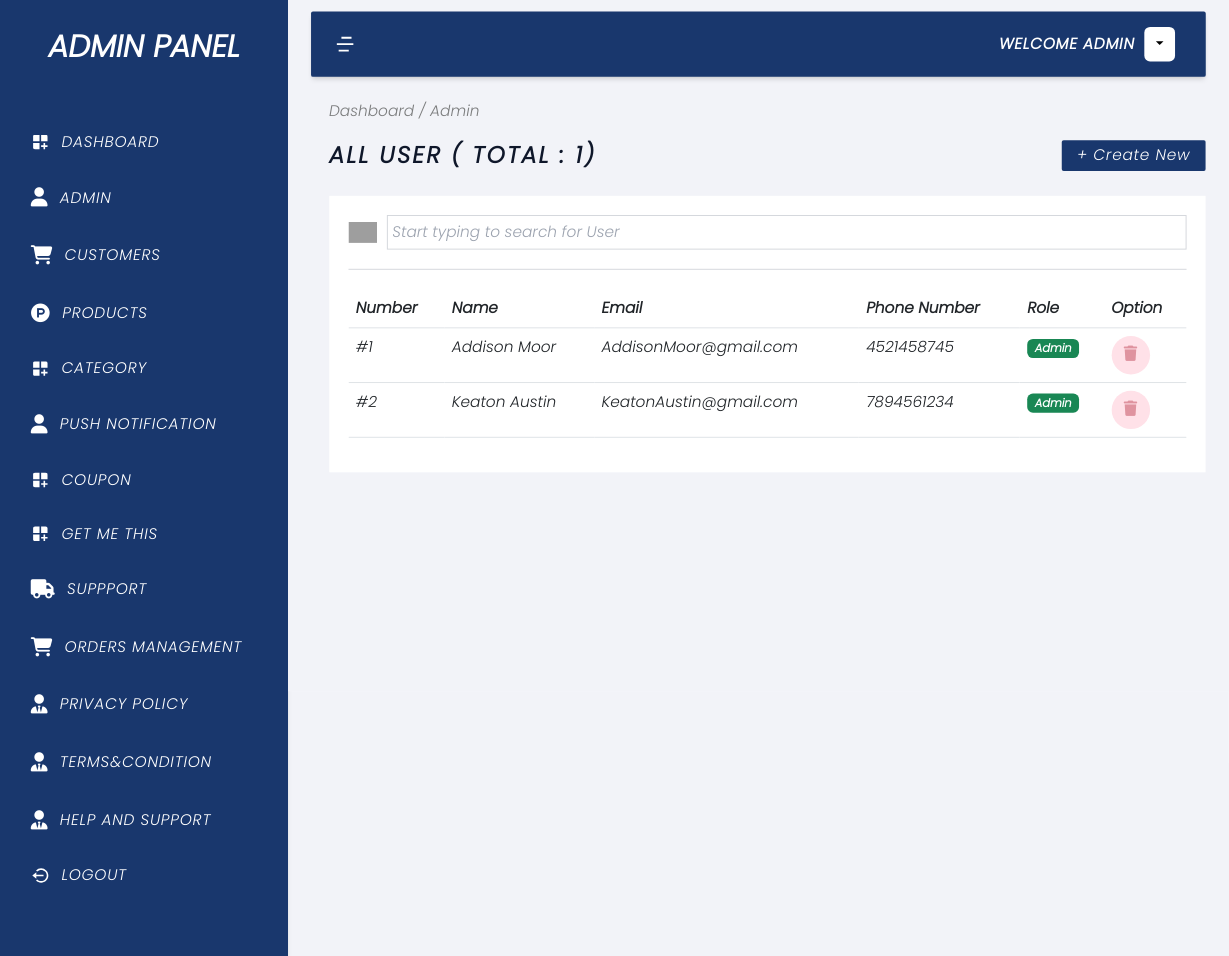
Repository: arpanmalik/project-khanna
Page: /Admin
An editor plug-in stored every save of this project. The page is shown before and after a run of saves, followed by the edit.
The browser window is 1280 px wide. The pictures show the whole page, at 96% of full size.
Pictures or frames that could not be fetched are drawn as grey boxes. Some web libraries are served in a nearby version. The project was rebuilt for these pictures with package versions that can differ from the ones it lists, and the page was loaded fresh each time. Also part of the build but not shown: src/E-CommerceAdmin/forms/Login.jsx, src/E-CommerceAdmin/pages/Dashboard.jsx, src/E-CommerceAdmin/pages/ECategory.js, src/E-CommerceAdmin/pages/EProduct.js, src/E-CommerceAdmin/pages/EVendorList.js, src/E-CommerceAdmin/pages/EAdminOrders.js, src/E-CommerceAdmin/pages/EAdminProduct.js, src/E-CommerceAdmin/pages/EAdminDelivery.js and 11 more. Imported but missing from the stored project, and not drawn on this page: src/E-CommerceAdmin/pages/Component/SpinnerComp, src/E-CommerceVendor/forms/EVendorLogin, src/E-CommerceVendor/pages/EVCategory, src/E-CommerceVendor/pages/EVCoupon, src/E-CommerceVendor/pages/EVDashboard, src/E-CommerceVendor/pages/EVOrders, src/E-CommerceVendor/pages/EVProduct, src/E-CommerceVendor/pages/EVSubCategory.

Above is the page before, as saved 2023-05-16 15:11:19.

### public/index.html
<!-- @format -->

<!DOCTYPE html>
<html lang="en">
  <head>
    <meta charset="utf-8" />
    <meta name="viewport" content="width=device-width, initial-scale=1" />
    <meta name="theme-color" content="#000000" />
    <meta
      name="description"
      content="Web site created using create-react-app"
    />
    <link rel="manifest" href="%PUBLIC_URL%/manifest.json" />
    <link rel="preconnect" href="https://fonts.googleapis.com">
<link rel="preconnect" href="https://fonts.gstatic.com" crossorigin>
<link href="https://fonts.googleapis.com/css2?family=Roboto+Mono:ital,wght@1,300&display=swap" rel="stylesheet">
    <title>Admin Panel</title>
  </head>
  <body>
    <noscript>You need to enable JavaScript to run this app.</noscript>
    <div id="root"></div>
    <script src="https://code.jquery.com/jquery-3.6.0.min.js"></script>
    <script src="https://kit.fontawesome.com/b533b351e4.js" crossorigin="anonymous"></script>
  </body>
</html>

### src/E-CommerceAdmin/pages/EAdmin.js
/** @format */

import axios from "axios";
import React, {  useState } from "react";
import { Alert, Badge, Button, Form, Modal, Table } from "react-bootstrap";
import { toast } from "react-toastify";
import HOC from "../layout/HOC";

const EAdmin = () => {
  const [modalShow, setModalShow] = React.useState(false);

  function MyVerticallyCenteredModal(props) {
    const [name, setName] = useState("");
    const [email, setEmail] = useState("");
    const [password, setPassword] = useState("");
    const [passwordConfirmation, setPasswordConfirmation] = useState("");
    const [phone, setPhone] = useState("");
    const [passwordError, setPasswordError] = useState(false);

    const postHandler = async (e) => {
      e.preventDefault();
      if (password === passwordConfirmation) {
        try {
          const { data } = await axios.post(
            "http://ec2-65-1-248-95.ap-south-1.compute.amazonaws.com:8886/api/auth/register",
            {
              name,
              username: name,
              email,
              password,
              passwordConfirmation,
              phone,
              role: "admin",
            }
          );
          toast.success(`${data?.user?.name} Created `);
        } catch (e) {
          console.log(e);
          toast.error(e.response.data.message);
        }
      } else {
        setPasswordError(true);
      }
    };

    return (
      <Modal
        {...props}
        size="lg"
        aria-labelledby="contained-modal-title-vcenter"
        centered
      >
        <Modal.Header closeButton>
          <Modal.Title id="contained-modal-title-vcenter">
            Add Admin
          </Modal.Title>
        </Modal.Header>
        <Modal.Body>
          {passwordError ? (
            <Alert variant="danger">Passwords do not Match</Alert>
          ) : (
            ""
          )}
          <Form onSubmit={postHandler}>
            <Form.Group className="mb-3">
              <Form.Label>Name</Form.Label>
              <Form.Control
                type="text"
                required
                onChange={(e) => setName(e.target.value)}
              />
            </Form.Group>
            <Form.Group className="mb-3">
              <Form.Label>Email Address</Form.Label>
              <Form.Control
                type="email"
                required
                onChange={(e) => setEmail(e.target.value)}
              />
            </Form.Group>
            <Form.Group className="mb-3">
              <Form.Label>Phone Number</Form.Label>
              <Form.Control
                type="tel"
                pattern="[0-9]{10}"
                required
                onChange={(e) => setPhone(e.target.value)}
              />
            </Form.Group>
            <Form.Group className="mb-3">
              <Form.Label>Password</Form.Label>
              <Form.Control
                type="password"
                required
                onChange={(e) => setPassword(e.target.value)}
                minLength={8}
              />
            </Form.Group>
            <Form.Group className="mb-3">
              <Form.Label>Confirm Password</Form.Label>
              <Form.Control
                type="password"
                required
                onChange={(e) => setPasswordConfirmation(e.target.value)}
                minLength={8}
              />
            </Form.Group>
            <Button variant="outline-success" type="submit">
              Submit
            </Button>
          </Form>
        </Modal.Body>
        <Modal.Footer></Modal.Footer>
      </Modal>
    );
  }

  const data = [
    {
      name : "Addison Moor" ,
      email : "AddisonMoor@gmail.com" ,
      phone : "4521458745" ,
      role  : "Admin"
    },
    {
      name : "Keaton Austin" ,
      email : "KeatonAustin@gmail.com" ,
      phone : "7894561234" ,
      role  : "user"
    },
  ]

  return (
    <>
      <MyVerticallyCenteredModal
        show={modalShow}
        onHide={() => setModalShow(false)}
      />

      <p className="headP">Dashboard / Admin</p>
      <div
        className="pb-4 sticky top-0  w-full flex justify-between items-center"
        style={{ width: "98%", marginLeft: "2%" }}
      >
        <span
          className="tracking-widest text-slate-900 font-semibold uppercase "
          style={{ fontSize: "1.5rem" }}
        >
          All User ( Total : 1)
        </span>
        <button
          onClick={() => {
            setModalShow(true);
          }}
          className="md:py-2 px-3 md:px-4 py-1 rounded-sm bg-[#19376d] text-white tracking-wider"
        >
          + Create New
        </button>
      </div>

      <section className="sectionCont">
        <div className="filterBox">
          <img
            src="https://t4.ftcdn.net/jpg/01/41/97/61/360_F_141976137_kQrdYIvfn3e0RT1EWbZOmQciOKLMgCwG.jpg"
            alt=""
          />
          <input type="search" placeholder="Start typing to search for User" />
        </div>

        <div className="overFlowCont">
          <Table>
            <thead>
              <tr>
                <th>Number</th>
                <th>Name</th>
                <th>Email</th>
                <th>Phone Number</th>
                <th>Role</th>
                <th>Option</th>
              </tr>
            </thead>
            <tbody>
            {data.map((i , index) => (
              <tr key={index}>
                <td>#{index + 1} </td>
                <td> {i.name} </td>
                <td> {i.email} </td>
                <td>{i.phone}</td>
                <td>
                {i.role === 'Admin' ?             <Badge bg="success">Admin</Badge> : "" }
                {i.role === 'user' ?             <Badge bg="success">Admin</Badge> : "" }

                </td>
                <td>
                  <i className="fa-sharp fa-solid fa-trash"></i>
                </td>
              </tr>
            ))}

            </tbody>
          </Table>
        </div>
      </section>
    </>
  );
};

export default HOC(EAdmin);

### src/E-CommerceAdmin/layout/HOC.jsx
/** @format */

import React, { useState } from "react";
import Navbar from "./Navbar";
import Sidebar from "./Sidebar";

const HOC = (Wcomponenet) => {
  return function Component() {
    const [hamb, setHamb] = useState(false);
    return (
      <>
        <section
          className="flex overflow-x-hidden relative "
          style={{ backgroundColor: "#f2f3f8" }}
        >
          {/* Sidebar */}
          <div
            className={
              hamb
                ? " absolute top-0 z-30 md:w-auto shadow-md bg-slate-200  w-60 transition-all md:-left-full left duration-150  h-auto overflow-y-auto  left-0 "
                : " md:w-72 z-30 bg-slate-200  shadow-md  md:static absolute top-0 -left-full   transition-all duration-150  overflow-y-auto h-auto"
            }
            style={{ minWidth: "300px" }}
          >
            <Sidebar hamb={hamb} setHamb={setHamb} />
          </div>
          {/* Components & Navbar */}
          <div
            className={
              hamb
                ? " transition-all px-4 py-2  duration-150 w-full h-screen"
                : " w-full h-screen  px-4 py-2   z-50 transition-all duration-150 "
            }
            style={{ backgroundColor: "#f2f3f8" }}
          >
            <Navbar hamb={hamb} setHamb={setHamb} />
            <div className="my-6 text-#000 h-[87%] wcomp overflow-y-auto">
              {" "}
              <Wcomponenet />
            </div>
          </div>
        </section>
      </>
    );
  };
};

export default HOC;

### src/E-CommerceAdmin/layout/Navbar.jsx
/** @format */
import { RiMenu4Line } from "react-icons/ri";
import Dropdown from "react-bootstrap/Dropdown";
import { UpdateProfile } from "../../Modals";
import { useState } from "react";
import { useNavigate } from "react-router-dom";
import { toast } from "react-toastify";

const Navbar = ({ hamb, setHamb }) => {
  const [modalShow, setModalShow] = useState(false);
  const navigate = useNavigate();

  function LogOut () {
    navigate('/')
    toast.success("Logged Out")
  }

  return (
    <>
      <UpdateProfile show={modalShow} onHide={() => setModalShow(false)} />
      <div
        className={
          hamb
            ? "flex  w-full justify-between  my-1 rounded-sm  p-4 py-3 shadow-md items-center  bg-slate-200 space-x-4"
            : "flex  w-full justify-between my-1 rounded-sm  p-4 py-3 shadow-md items-center  bg-slate-200 space-x-4"
        }
        style={{ backgroundColor: "#19376d" }}
      >
        <RiMenu4Line
          onClick={() => setHamb(!hamb)}
          className="text-2xl font-bold text-gray-900 hover:scale-90 cursor-pointer"
          style={{ color: "#fff" }}
        />

        <section className="flex sm:ml-auto justify-end sm:w-full items-center space-x-2  pr-2">
          <figcaption
            className="tracking-wider pl-1 font-semibold d-flex"
            style={{ gap: "10px", alignItems: "center" }}
          >
            <div
              className="lg:text-base text-sm text-gray-900  uppercase"
              style={{ color: "#fff" }}
            >
              Welcome Admin
            </div>
            <Dropdown>
              <Dropdown.Toggle id="dropdown-basic"></Dropdown.Toggle>

              <Dropdown.Menu>
                <Dropdown.Item onClick={() => setModalShow(true)}>
                  Update Profile <i className="fa-solid fa-user"></i>{" "}
                </Dropdown.Item>
                <Dropdown.Item onClick={() => LogOut()} >
                  Logout <i className="fa-solid fa-right-from-bracket"></i>{" "}
                </Dropdown.Item>
              </Dropdown.Menu>
            </Dropdown>
          </figcaption>
        </section>
      </div>
    </>
  );
};

export default Navbar;

### src/E-CommerceAdmin/layout/Sidebar.jsx
/** @format */

import React from "react";
import { RiCloseLine } from "react-icons/ri";
import { Link, useNavigate } from "react-router-dom";
import { BiLogOutCircle } from "react-icons/bi";
import { MdDashboardCustomize } from "react-icons/md";

const Sidebar = ({ hamb, setHamb }) => {
  const navigate = useNavigate();

  const nav = [
    {
      icon: <MdDashboardCustomize className="text-xl mr-3 rounded-full " />,
      link: "/dashboard ",
      name: "Dashboard",
    },
    {
      icon: <i className="fa-solid fa-user text-xl mr-3 rounded-full"></i>,
      link: "/Admin",
      name: "Admin",
    },
    {
      icon: (
        <i className="fa-solid fa-cart-shopping text-xl mr-3 rounded-full"></i>
      ),
      link: "/Customer",
      name: "Customers",
    },
    // {
    //   icon: <i className="fa-solid fa-user-tie text-xl mr-3 rounded-full"></i>,
    //   link: "/VendorList",
    //   name: "Vendors",
    // },
    {
      icon: (
        <i className="fa-brands fa-product-hunt text-xl mr-3 rounded-full"></i>
      ),
      link: "/Product",
      name: "Products",
    },
    {
      icon: <MdDashboardCustomize className="text-xl mr-3 rounded-full " />,
      link: "/Category",
      name: "Category",
    },

    // {
    //   icon: <MdDashboardCustomize className="text-xl mr-3 rounded-full " />,
    //   link: "/SubCategory",
    //   name: "Sub-Category",
    // },
    {
      icon: <i className="fa-solid fa-user text-xl mr-3 rounded-full"></i>,
      link: "/pushNotification",
      name: "Push Notification",
    },

    // {
    //   icon: <MdDashboardCustomize className="text-xl mr-3 rounded-full " />,
    //   link: "/banner",
    //   name: "Banner",
    // },
    {
      icon: <MdDashboardCustomize className="text-xl mr-3 rounded-full " />,
      link: "/coupon",
      name: "Coupon",
    },
    {
      icon: <MdDashboardCustomize className="text-xl mr-3 rounded-full " />,
      link: "/getMeThis",
      name: "Get Me This",
    },
    {
      icon: <i className="fa-solid fa-truck  text-xl mr-3 rounded-full"></i>,
      link: "/Support",
      name: "Suppport",
    },
    {
      icon: (
        <i className="fa-solid fa-cart-shopping text-xl mr-3 rounded-full"></i>
      ),
      link: "/Orders",
      name: "Orders Management",
    },

    {
      icon: <i className="fa-solid fa-user-tie text-xl mr-3 rounded-full"></i>,
      link: "/privacy",
      name: "Privacy Policy",
    },
    {
      icon: <i className="fa-solid fa-user-tie text-xl mr-3 rounded-full"></i>,
      link: "/terms",
      name: "Terms&Condition",
    },
    // {
    //   icon: <i className="fa-solid fa-user-tie text-xl mr-3 rounded-full"></i>,
    //   link: "/helpSupport",
    //   name: "Help and Support",
    // },
    {
      icon: <i className="fa-solid fa-user-tie text-xl mr-3 rounded-full"></i>,
      link: "/complaints",
      name: "Help and Support",
    },
  ];

  const logOut = () => {
    localStorage.clear()
    navigate("/");
  };

  return (
    <>
      <aside
        className="p-4 h-auto"
        style={{ backgroundColor: "#19376d", minHeight: "100vh" }}
      >
        {/* Top */}
        <div className="w-full md:hidden relative  p-2 mb-4">
          <RiCloseLine
            onClick={() => setHamb(!hamb)}
            className="text-3xl  absolute top-2 sm:hover:rotate-[228deg] transition-transform font-bold right-2 sm:hover:text-[22px] text-[rgb(241,146,46)] cursor-pointer"
          />
        </div>{" "}
        <figure className="flex  flex-col items-center">
          <span
            className="font-bold text-[#fff]"
            style={{
              fontSize: "2rem",
              textAlign: "center",
              textTransform: "uppercase",
            }}
          >
            {" "}
            ADMIN PANEL
          </span>
        </figure>
        <nav className="py-6">
          {nav.map((nav) => {
            return (
              <Link
                to={nav.link}
                key={nav.name}
                className=""
                style={{ textDecoration: "none", textTransform: "uppercase" }}
              >
                <span
                  className="flex my-3 items-center cursor-pointer text-gray-900    tracking-wider p-2 rounded-sm"
                  style={{ color: "#FFF" }}
                >
                  {nav.icon} {nav.name}
                </span>
              </Link>
            );
          })}
          <span
            className="flex my-3 items-center cursor-pointer text-gray-900    tracking-wider p-2 rounded-sm"
            onClick={() => logOut()}
            style={{ color: "#FFF", textTransform: "uppercase" }}
          >
            <BiLogOutCircle className="text-xl mr-3 rounded-full " /> LogOut
          </span>
        </nav>
      </aside>
    </>
  );
};

export default Sidebar;

Loaded but not shown: tailwind.config.js (common file); src/App.js (92 lines, source omitted); src/Modals.js (41 lines, source omitted); src/index.js (15 lines, source omitted); src/index.css (504 lines, source omitted)

After the next 2 saves:
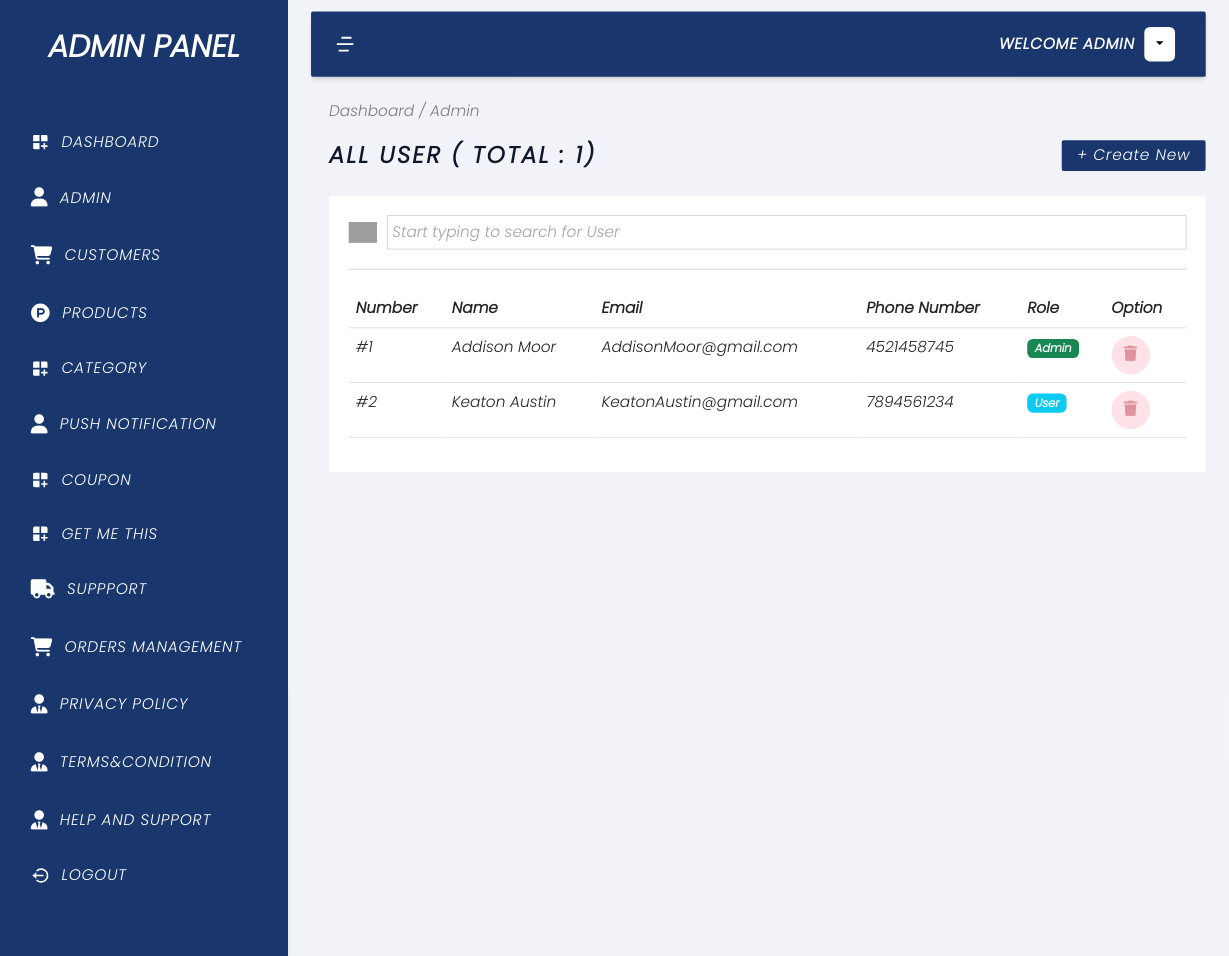
The 2 saves are shown as one change because they came seconds apart.
The last was saved 8 s later.
--- a/src/E-CommerceAdmin/pages/EAdmin.js
+++ b/src/E-CommerceAdmin/pages/EAdmin.js
@@ -1,7 +1,7 @@
 /** @format */
 
 import axios from "axios";
-import React, {  useState } from "react";
+import React, { useState } from "react";
 import { Alert, Badge, Button, Form, Modal, Table } from "react-bootstrap";
 import { toast } from "react-toastify";
 import HOC from "../layout/HOC";
@@ -117,18 +117,18 @@ const EAdmin = () => {
 
   const data = [
     {
-      name : "Addison Moor" ,
-      email : "AddisonMoor@gmail.com" ,
-      phone : "4521458745" ,
-      role  : "Admin"
+      name: "Addison Moor",
+      email: "AddisonMoor@gmail.com",
+      phone: "4521458745",
+      role: "Admin",
     },
     {
-      name : "Keaton Austin" ,
-      email : "KeatonAustin@gmail.com" ,
-      phone : "7894561234" ,
-      role  : "user"
+      name: "Keaton Austin",
+      email: "KeatonAustin@gmail.com",
+      phone: "7894561234",
+      role: "user",
     },
-  ]
+  ];
 
   return (
     <>
@@ -180,23 +180,25 @@ const EAdmin = () => {
               </tr>
             </thead>
             <tbody>
-            {data.map((i , index) => (
-              <tr key={index}>
-                <td>#{index + 1} </td>
-                <td> {i.name} </td>
-                <td> {i.email} </td>
-                <td>{i.phone}</td>
-                <td>
-                {i.role === 'Admin' ?             <Badge bg="success">Admin</Badge> : "" }
-                {i.role === 'user' ?             <Badge bg="success">Admin</Badge> : "" }
-
-                </td>
-                <td>
-                  <i className="fa-sharp fa-solid fa-trash"></i>
-                </td>
-              </tr>
-            ))}
-
+              {data.map((i, index) => (
+                <tr key={index}>
+                  <td>#{index + 1} </td>
+                  <td> {i.name} </td>
+                  <td> {i.email} </td>
+                  <td>{i.phone}</td>
+                  <td>
+                    {i.role === "Admin" ? (
+                      <Badge bg="success">Admin</Badge>
+                    ) : (
+                      ""
+                    )}
+                    {i.role === "user" ? <Badge bg="info">User</Badge> : ""}
+                  </td>
+                  <td>
+                    <i className="fa-sharp fa-solid fa-trash"></i>
+                  </td>
+                </tr>
+              ))}
             </tbody>
           </Table>
         </div>
